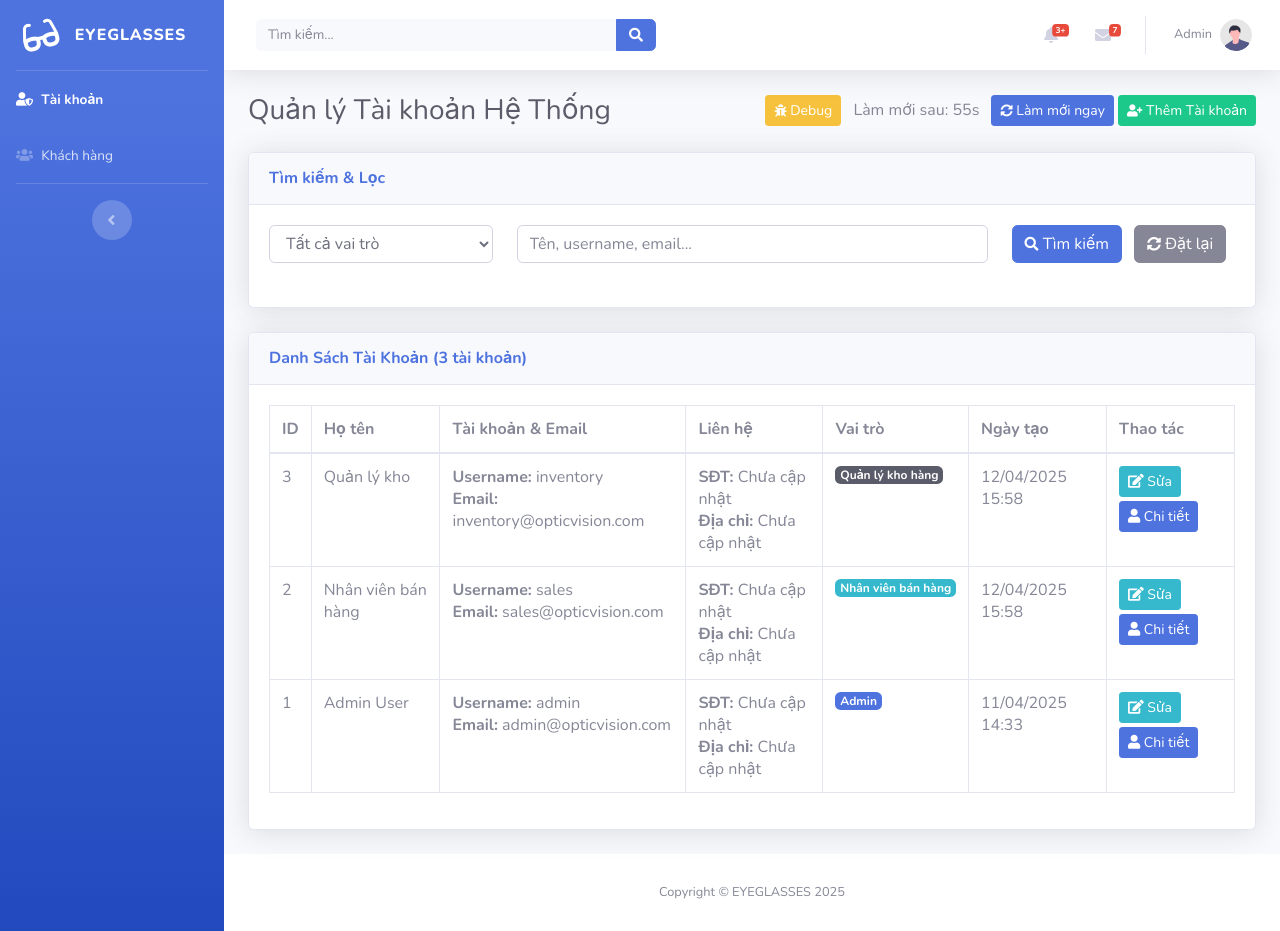
Repository: Giau-svg/glasses-store
Page: http://localhost/admin/accounts/index.php
The author's editor kept a copy of each file at every save. The page is drawn from the files as they stood at one save, then again after the next save.
The browser window is 1280 px wide. The pictures show the whole page.
The page is run by PHP 8.4 with error messages shown; the project is at /var/www/html/. The session is filled in as if someone had signed in: {"staff_user_id": 1, "staff_name": "admin", "staff_role": 1, "customer_id": 1, "customer_name": "admin", "admin_user_id": 1, "admin_name": "admin", "admin_full_name": "admin", "admin_role": "admin", "admin_level": 1}. Other server files are loaded and not shown. The database holds what the project's SQL file puts in it.

Above is the page before, as saved 2025-05-08 15:42:35.

### admin/partials/sidebar.php
<?php
$current_page = basename($_SERVER['PHP_SELF']);
$current_dir = basename(dirname($_SERVER['PHP_SELF']));

// Xác định tab nào đang active dựa trên URL hiện tại
$is_dashboard = ($current_dir == 'dashboard');
$is_products = ($current_dir == 'products');
$is_categories = ($current_dir == 'categories');
$is_manufactures = ($current_dir == 'manufactures');
$is_orders = ($current_dir == 'orders');
$is_users = ($current_dir == 'users');
$is_accounts = ($current_dir == 'accounts');
$is_settings = ($current_dir == 'settings');
?>

<!-- Sidebar -->
<ul class="navbar-nav bg-gradient-primary sidebar sidebar-dark accordion" id="accordionSidebar">

    <!-- Sidebar - Brand -->
    <a class="sidebar-brand d-flex align-items-center justify-content-center" href="#">
        <div class="sidebar-brand-icon rotate-n-15">
            <i class="fas fa-glasses"></i>
        </div>
        <div class="sidebar-brand-text mx-3">EYEGLASSES</div>
    </a>

    <!-- Divider -->
    <hr class="sidebar-divider my-0">

    <!-- Nav Item - Accounts -->
    <li class="nav-item <?php echo $is_accounts ? 'active' : ''; ?>">
        <a class="nav-link" href="../accounts/index.php">
            <i class="fas fa-fw fa-user-shield"></i>
            <span>Tài khoản</span>
        </a>
    </li>

    <!-- Nav Item - Customers -->
    <li class="nav-item">
        <a class="nav-link" href="../customers/index.php">
            <i class="fas fa-fw fa-users"></i>
            <span>Khách hàng</span>
        </a>
    </li>

    <!-- Divider -->
    <hr class="sidebar-divider d-none d-md-block">

    <!-- Sidebar Toggler (Sidebar) -->
    <div class="text-center d-none d-md-inline">
        <button class="rounded-circle border-0" id="sidebarToggle"></button>
    </div>

</ul>
<!-- End of Sidebar -->

### database/eyeglasses_shop_comlpete.sql (the tables this page reads)
CREATE TABLE `categories` (
  `category_id` int(11) NOT NULL,
  `category_name` varchar(100) NOT NULL,
  `description` text DEFAULT NULL,
  `image` varchar(255) DEFAULT NULL,
  `created_at` timestamp NOT NULL DEFAULT current_timestamp(),
  `updated_at` timestamp NOT NULL DEFAULT current_timestamp() ON UPDATE current_timestamp()
) ENGINE=InnoDB DEFAULT CHARSET=utf8mb4 COLLATE=utf8mb4_general_ci;

INSERT INTO `categories` (`category_id`, `category_name`, `description`, `image`, `created_at`, `updated_at`) VALUES
(1, 'Kính mát', 'Kính bảo vệ mắt khỏi ánh nắng mặt trời', NULL, '2025-04-11 14:33:04', '2025-04-11 14:33:04'),
(2, 'Gọng kính', 'Gọng kính điều chỉnh thị lực cho người cận thị, viễn thị', NULL, '2025-04-11 14:33:04', '2025-04-11 14:33:04'),
(3, 'Tròng kính', 'Tròng kính điều chỉnh thị lực cho người cận thị, viễn thị', NULL, '2025-04-11 14:33:04', '2025-04-11 14:33:04');

ALTER TABLE `categories`
  ADD PRIMARY KEY (`category_id`);

ALTER TABLE `categories`
  MODIFY `category_id` int(11) NOT NULL AUTO_INCREMENT, AUTO_INCREMENT=6;

CREATE TABLE `customers` (
  `customer_id` int(11) NOT NULL,
  `name` varchar(100) NOT NULL,
  `email` varchar(100) DEFAULT NULL,
  `phone` varchar(15) NOT NULL,
  `address` varchar(255) DEFAULT NULL,
  `created_at` timestamp NOT NULL DEFAULT current_timestamp()
) ENGINE=InnoDB DEFAULT CHARSET=utf8mb4 COLLATE=utf8mb4_general_ci;

INSERT INTO `customers` (`customer_id`, `name`, `email`, `phone`, `address`, `created_at`) VALUES
(1, 'Nguyễn Văn A', 'nguyenvana@gmail.com', '0901234567', '123 Đường Lê Lợi, Quận 1, TP.HCM', '2025-04-12 15:58:19'),
(2, 'Trần Thị B', 'tranthib@gmail.com', '0912345678', '456 Đường Nguyễn Huệ, Quận 1, TP.HCM', '2025-04-12 15:58:19'),
(3, 'Lê Văn C', 'levanc@gmail.com', '0823456789', '789 Đường 3/2, Quận 10, TP.HCM', '2025-04-12 15:58:19');

ALTER TABLE `customers`
  ADD PRIMARY KEY (`customer_id`);

ALTER TABLE `customers`
  MODIFY `customer_id` int(11) NOT NULL AUTO_INCREMENT, AUTO_INCREMENT=4;

CREATE TABLE `manufacturers` (
  `id` int(11) NOT NULL,
  `name` varchar(100) NOT NULL,
  `description` text DEFAULT NULL,
  `created_at` timestamp NOT NULL DEFAULT current_timestamp(),
  `updated_at` timestamp NULL DEFAULT NULL ON UPDATE current_timestamp()
) ENGINE=InnoDB DEFAULT CHARSET=utf8mb4 COLLATE=utf8mb4_general_ci;

INSERT INTO `manufacturers` (`id`, `name`, `description`, `created_at`, `updated_at`) VALUES
(1, 'Ray-Ban', 'Thương hiệu kính mắt nổi tiếng của Mỹ', '2025-04-12 16:02:33', NULL),
(4, 'Prada', 'Thương hiệu xa xỉ chuyên về thời trang và phụ kiện', '2025-04-12 16:02:33', NULL),
(3, 'Gucci', 'Thương hiệu thời trang cao cấp của Ý', '2025-04-12 17:04:14', NULL),
(5, 'Essilor', 'Kính Essilor là của nước ngoài', '2025-04-14 07:12:03', NULL),
(2, 'Oakley', 'Kính Oakley đẹp', '2025-04-14 07:14:51', NULL);

ALTER TABLE `manufacturers`
  ADD PRIMARY KEY (`id`);

ALTER TABLE `manufacturers`
  MODIFY `id` int(11) NOT NULL AUTO_INCREMENT, AUTO_INCREMENT=8;

CREATE TABLE `order_details` (
  `order_detail_id` int(11) NOT NULL,
  `order_id` int(11) NOT NULL,
  `product_id` int(11) NOT NULL,
  `quantity` int(11) NOT NULL,
  `unit_price` decimal(10,2) NOT NULL,
  `subtotal` decimal(10,2) NOT NULL
) ENGINE=InnoDB DEFAULT CHARSET=utf8mb4 COLLATE=utf8mb4_general_ci;

INSERT INTO `order_details` (`order_detail_id`, `order_id`, `product_id`, `quantity`, `unit_price`, `subtotal`) VALUES
(141, 47, 1, 2, 1200000.00, 2400000.00),
(142, 47, 2, 1, 650000.00, 650000.00),
(143, 48, 3, 2, 850000.00, 1700000.00),
(144, 49, 4, 2, 1200000.00, 2400000.00),
(145, 49, 5, 1, 850000.00, 850000.00),
(146, 52, 6, 1, 1000000.00, 1000000.00),
(147, 53, 7, 1, 4990000.00, 4990000.00);

ALTER TABLE `order_details`
  ADD PRIMARY KEY (`order_detail_id`),
  ADD KEY `order_id` (`order_id`),
  ADD KEY `product_id` (`product_id`);

ALTER TABLE `order_details`
  MODIFY `order_detail_id` int(11) NOT NULL AUTO_INCREMENT, AUTO_INCREMENT=148;

ALTER TABLE `order_details`
  ADD CONSTRAINT `order_details_ibfk_1` FOREIGN KEY (`order_id`) REFERENCES `orders` (`order_id`) ON DELETE CASCADE,
  ADD CONSTRAINT `order_details_ibfk_2` FOREIGN KEY (`product_id`) REFERENCES `products` (`product_id`);

CREATE TABLE `orders` (
  `order_id` int(11) NOT NULL,
  `user_id` int(11) NOT NULL,
  `order_date` timestamp NOT NULL DEFAULT current_timestamp(),
  `total_amount` decimal(10,2) NOT NULL,
  `shipping_fee` decimal(10,2) DEFAULT 0.00,
  `invoice_number` varchar(50) DEFAULT NULL,
  `order_status` enum('pending','confirmed','processing','shipping','shipped','delivered','cancelled') DEFAULT 'pending',
  `payment_status` enum('pending','paid','failed','refunded') DEFAULT 'pending',
  `payment_method` varchar(50) DEFAULT NULL,
  `shipping_address` text DEFAULT NULL,
  `shipping_phone` varchar(20) DEFAULT NULL,
  `shipping_name` varchar(100) DEFAULT NULL,
  `shipping_email` varchar(100) DEFAULT NULL,
  `shipping_notes` text DEFAULT NULL,
  `sales_employee_id` int(11) DEFAULT NULL,
  `processed_date` timestamp NULL DEFAULT NULL,
  `cancelled_date` timestamp NULL DEFAULT NULL,
  `cancelled_reason` text DEFAULT NULL
) ENGINE=InnoDB DEFAULT CHARSET=utf8mb4 COLLATE=utf8mb4_general_ci;

INSERT INTO `orders` (`order_id`, `user_id`, `order_date`, `total_amount`, `shipping_fee`, `invoice_number`, `order_status`, `payment_status`, `payment_method`, `shipping_address`, `shipping_phone`, `shipping_name`, `shipping_email`, `shipping_notes`, `sales_employee_id`, `processed_date`, `cancelled_date`, `cancelled_reason`) VALUES
(47, 1, '2025-04-13 15:21:55', 2500000.00, 0.00, 'INV2025041347', 'delivered', 'pending', 'COD', '123 Đường Lê Lợi, Quận 1, TP.HCM', '0901234567', 'Nguyễn Văn A', 'nguyenvana@gmail.com', 'Giao hàng trong giờ hành chính', NULL, NULL, NULL, NULL),
(48, 2, '2025-04-12 15:21:55', 1800000.00, 0.00, NULL, 'confirmed', 'pending', 'Banking', '456 Đường Nguyễn Huệ, Quận 1, TP.HCM', '0912345678', 'Trần Thị B', 'tranthib@gmail.com', 'Gọi trước khi giao', NULL, NULL, NULL, NULL),
(49, 3, '2025-04-11 15:21:55', 3200000.00, 0.00, NULL, 'shipping', 'pending', 'COD', '789 Đường 3/2, Quận 10, TP.HCM', '0823456789', 'Lê Văn C', 'levanc@gmail.com', 'Để hàng tại quầy lễ tân', NULL, NULL, NULL, NULL),
(50, 1, '2025-04-08 15:21:55', 1500000.00, 0.00, 'INV2025040850', 'delivered', 'pending', 'Banking', '123 Đường Lê Lợi, Quận 1, TP.HCM', '0901234567', 'Nguyễn Văn A', 'nguyenvana@gmail.com', '', NULL, NULL, NULL, NULL),
(51, 2, '2025-04-10 15:21:55', 950000.00, 0.00, NULL, 'cancelled', 'pending', 'COD', '321 Đường Cách Mạng Tháng 8, Quận 3, TP.HCM', '0978123456', 'Phạm Thị D', 'phamthid@gmail.com', 'Khách hàng đổi ý', NULL, NULL, NULL, NULL),
(52, 4, '2025-04-14 11:49:19', 1000000.00, 0.00, NULL, 'processing', 'pending', 'cod', '14 tây sơn', '0112234324', 'Trần quang Thiện ', NULL, NULL, NULL, NULL, NULL, NULL),
(53, 4, '2025-04-14 12:13:46', 4990000.00, 0.00, NULL, 'processing', 'pending', NULL, 'nhà', '032435345', 'Thiện ', NULL, NULL, NULL, NULL, NULL, NULL);

ALTER TABLE `orders`
  ADD PRIMARY KEY (`order_id`),
  ADD KEY `user_id` (`user_id`),
  ADD KEY `sales_employee_id` (`sales_employee_id`);

ALTER TABLE `orders`
  MODIFY `order_id` int(11) NOT NULL AUTO_INCREMENT, AUTO_INCREMENT=54;

ALTER TABLE `orders`
  ADD CONSTRAINT `orders_ibfk_1` FOREIGN KEY (`user_id`) REFERENCES `users` (`user_id`),
  ADD CONSTRAINT `orders_ibfk_2` FOREIGN KEY (`sales_employee_id`) REFERENCES `users` (`user_id`);

CREATE TABLE `roles` (
  `role_id` int(11) NOT NULL,
  `role_name` varchar(50) NOT NULL,
  `description` varchar(255) DEFAULT NULL
) ENGINE=InnoDB DEFAULT CHARSET=utf8mb4 COLLATE=utf8mb4_general_ci;

INSERT INTO `roles` (`role_id`, `role_name`, `description`) VALUES
(1, 'admin', 'Quản lý người dùng và phân quyền'),
(2, 'customer', 'Người mua hàng'),
(3, 'sales', 'Nhân viên bán hàng'),
(4, 'inventory', 'Quản lý kho'),
(5, 'business_manager', 'Quản lý doanh nghiệp');

ALTER TABLE `roles`
  ADD PRIMARY KEY (`role_id`);

ALTER TABLE `roles`
  MODIFY `role_id` int(11) NOT NULL AUTO_INCREMENT, AUTO_INCREMENT=6;

CREATE TABLE `users` (
  `user_id` int(11) NOT NULL,
  `username` varchar(50) NOT NULL,
  `password` varchar(255) NOT NULL,
  `email` varchar(100) NOT NULL,
  `full_name` varchar(100) NOT NULL,
  `phone` varchar(20) DEFAULT NULL,
  `address` text DEFAULT NULL,
  `role_id` int(11) NOT NULL,
  `created_at` timestamp NOT NULL DEFAULT current_timestamp(),
  `updated_at` timestamp NOT NULL DEFAULT current_timestamp() ON UPDATE current_timestamp()
) ENGINE=InnoDB DEFAULT CHARSET=utf8mb4 COLLATE=utf8mb4_general_ci;

INSERT INTO `users` (`user_id`, `username`, `password`, `email`, `full_name`, `phone`, `address`, `role_id`, `created_at`, `updated_at`) VALUES
(1, 'admin', '0192023a7bbd73250516f069df18b500', 'admin@opticvision.com', 'Admin User', NULL, NULL, 1, '2025-04-11 14:33:04', '2025-04-13 01:56:55'),
(2, 'sales', '0ad80eb119d9bf7775aa23786b05b391', 'sales@opticvision.com', 'Nhân viên bán hàng', NULL, NULL, 3, '2025-04-12 15:58:19', '2025-04-13 00:58:16'),
(3, 'inventory', '5d1086fbcd28c81a419e12317432251a', 'inventory@opticvision.com', 'Quản lý kho', NULL, NULL, 4, '2025-04-12 15:58:19', '2025-04-13 00:58:16'),
(4, 'quangthien26120824', '67895b54ff03cc0f16dd4bcf07ab86b8', 'quangthien26120824@gmail.com', 'Trần Quang Thiện', '01234567890', 'Ở Việt Nam', 2, '2025-04-13 00:55:19', '2025-04-13 00:55:19'),
(5, 'hathu844884', '67895b54ff03cc0f16dd4bcf07ab86b8', 'hathu844884@gmail.com', 'Hà Thu', '0345667565', '14 tây sơn', 2, '2025-04-14 10:02:40', '2025-04-14 10:02:40');

ALTER TABLE `users`
  ADD PRIMARY KEY (`user_id`),
  ADD UNIQUE KEY `username` (`username`),
  ADD UNIQUE KEY `email` (`email`),
  ADD KEY `role_id` (`role_id`);

ALTER TABLE `users`
  MODIFY `user_id` int(11) NOT NULL AUTO_INCREMENT, AUTO_INCREMENT=6;

ALTER TABLE `users`
  ADD CONSTRAINT `users_ibfk_1` FOREIGN KEY (`role_id`) REFERENCES `roles` (`role_id`);

Loaded but not shown: admin/public/css/sb-admin-2.min.css (library); admin/public/js/sb-admin-2.min.js (common file); admin/public/img/undraw_profile.svg (38 lines, source omitted); admin/public/img/undraw_profile_2.svg (44 lines, source omitted); admin/public/img/undraw_profile_1.svg (38 lines, source omitted); admin/root.php (457 lines, source omitted); admin/partials/topbar.php (200 lines, source omitted); admin/check_super_admin_login.php (16 lines, source omitted); admin/partials/footer.php (9 lines, source omitted); admin/includes/helper.php (3 lines, source omitted); admin/accounts/index.php (365 lines, source omitted)

After the next save:
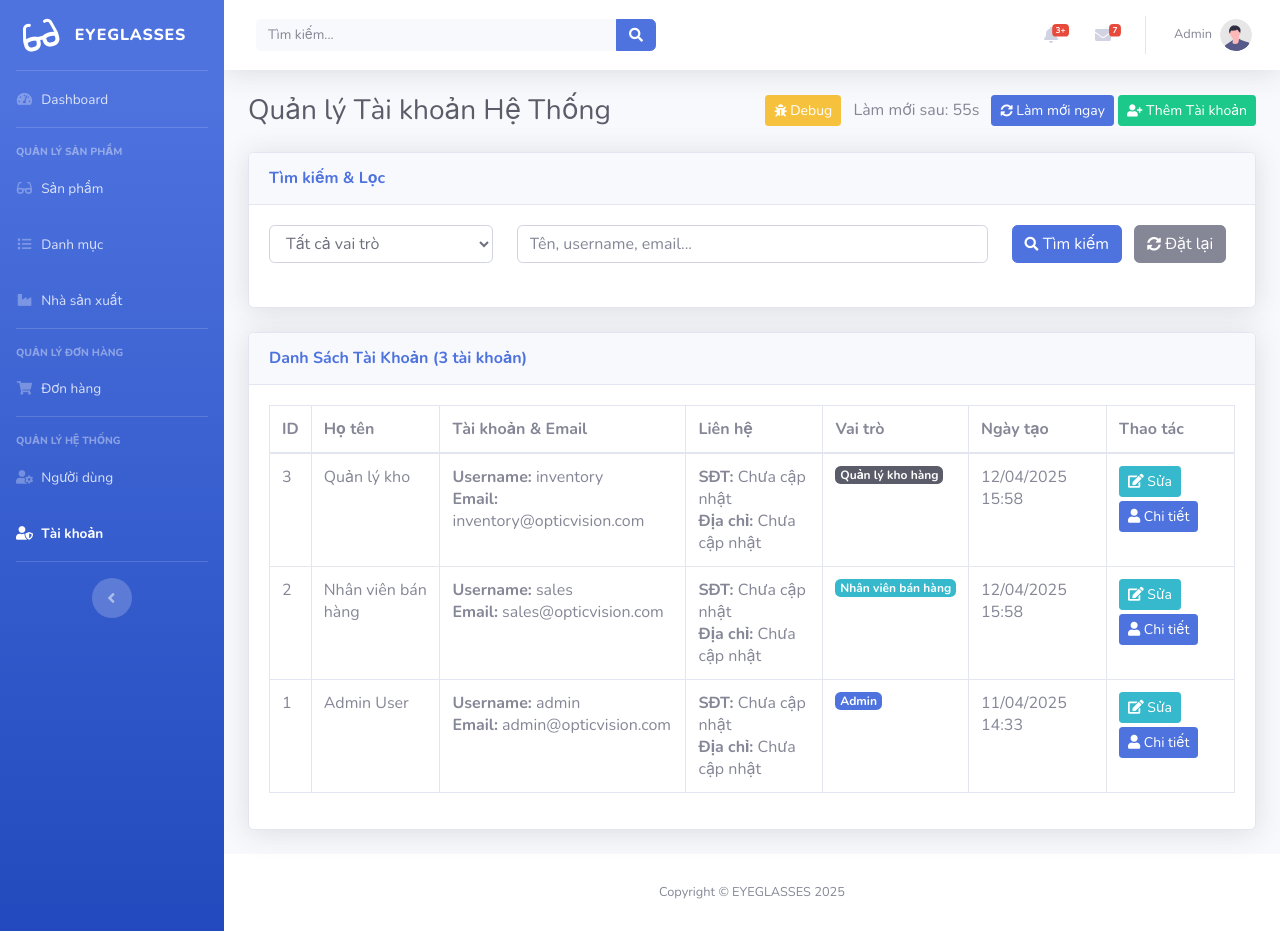
Saved 4 min 42 s later.
--- a/admin/partials/sidebar.php
+++ b/admin/partials/sidebar.php
@@ -17,7 +17,7 @@
 <ul class="navbar-nav bg-gradient-primary sidebar sidebar-dark accordion" id="accordionSidebar">
 
     <!-- Sidebar - Brand -->
-    <a class="sidebar-brand d-flex align-items-center justify-content-center" href="#">
+    <a class="sidebar-brand d-flex align-items-center justify-content-center" href="../dashboard/index.php">
         <div class="sidebar-brand-icon rotate-n-15">
             <i class="fas fa-glasses"></i>
         </div>
@@ -27,19 +27,83 @@
     <!-- Divider -->
     <hr class="sidebar-divider my-0">
 
+    <!-- Nav Item - Dashboard -->
+    <li class="nav-item <?php echo $is_dashboard ? 'active' : ''; ?>">
+        <a class="nav-link" href="../dashboard/index.php">
+            <i class="fas fa-fw fa-tachometer-alt"></i>
+            <span>Dashboard</span>
+        </a>
+    </li>
+
+    <!-- Divider -->
+    <hr class="sidebar-divider">
+
+    <!-- Heading -->
+    <div class="sidebar-heading">
+        Quản lý sản phẩm
+    </div>
+
+    <!-- Nav Item - Products -->
+    <li class="nav-item <?php echo $is_products ? 'active' : ''; ?>">
+        <a class="nav-link" href="../products/index.php">
+            <i class="fas fa-fw fa-glasses"></i>
+            <span>Sản phẩm</span>
+        </a>
+    </li>
+
+    <!-- Nav Item - Categories -->
+    <li class="nav-item <?php echo $is_categories ? 'active' : ''; ?>">
+        <a class="nav-link" href="../categories/index.php">
+            <i class="fas fa-fw fa-list"></i>
+            <span>Danh mục</span>
+        </a>
+    </li>
+
+    <!-- Nav Item - Manufacturers -->
+    <li class="nav-item <?php echo $is_manufactures ? 'active' : ''; ?>">
+        <a class="nav-link" href="../manufactures/index.php">
+            <i class="fas fa-fw fa-industry"></i>
+            <span>Nhà sản xuất</span>
+        </a>
+    </li>
+
+    <!-- Divider -->
+    <hr class="sidebar-divider">
+
+    <!-- Heading -->
+    <div class="sidebar-heading">
+        Quản lý đơn hàng
+    </div>
+
+    <!-- Nav Item - Orders -->
+    <li class="nav-item <?php echo $is_orders ? 'active' : ''; ?>">
+        <a class="nav-link" href="../orders/index.php">
+            <i class="fas fa-fw fa-shopping-cart"></i>
+            <span>Đơn hàng</span>
+        </a>
+    </li>
+
+    <!-- Divider -->
+    <hr class="sidebar-divider">
+
+    <!-- Heading -->
+    <div class="sidebar-heading">
+        Quản lý hệ thống
+    </div>
+
+    <!-- Nav Item - Users -->
+    <li class="nav-item <?php echo $is_users ? 'active' : ''; ?>">
+        <a class="nav-link" href="../users/index.php">
+            <i class="fas fa-fw fa-user-cog"></i>
+            <span>Người dùng</span>
+        </a>
+    </li>
+
     <!-- Nav Item - Accounts -->
     <li class="nav-item <?php echo $is_accounts ? 'active' : ''; ?>">
         <a class="nav-link" href="../accounts/index.php">
             <i class="fas fa-fw fa-user-shield"></i>
             <span>Tài khoản</span>
-        </a>
-    </li>
-
-    <!-- Nav Item - Customers -->
-    <li class="nav-item">
-        <a class="nav-link" href="../customers/index.php">
-            <i class="fas fa-fw fa-users"></i>
-            <span>Khách hàng</span>
         </a>
     </li>
 
